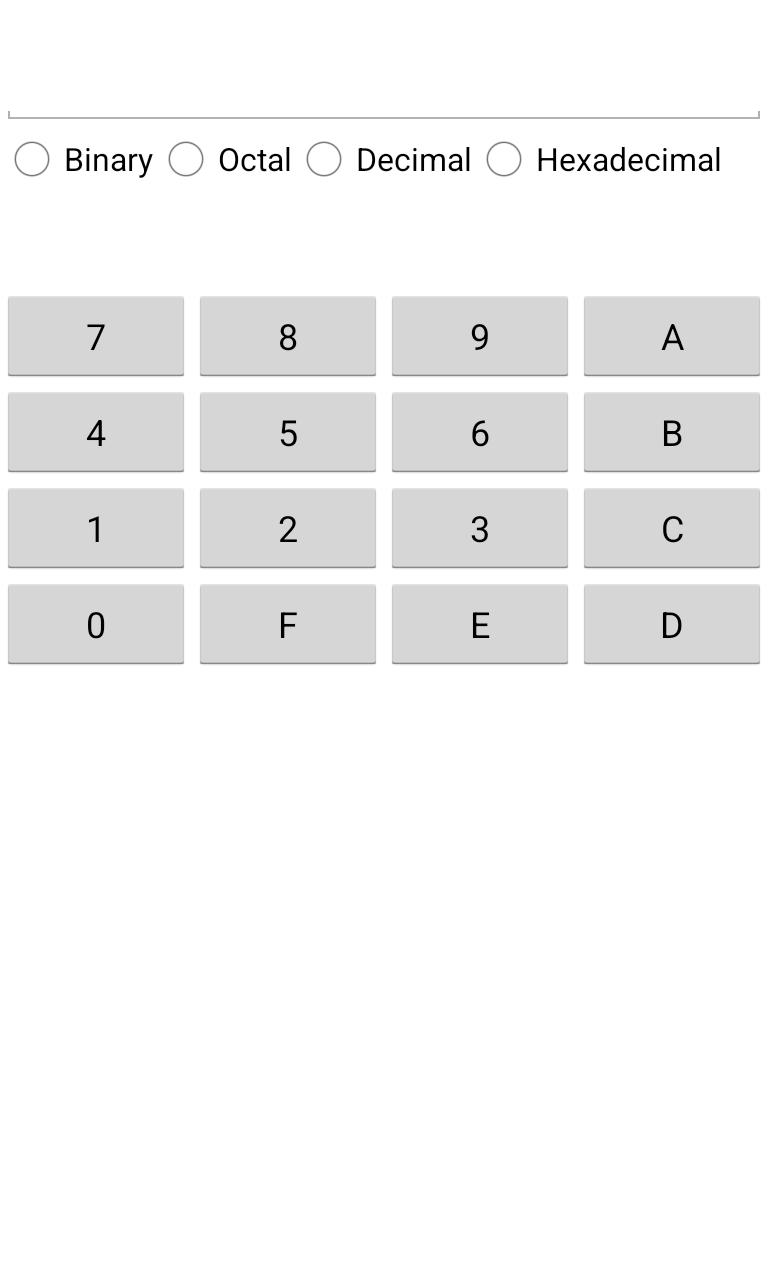
Repository: RamDion/BSIT_Calculator
Layout: CcsCalcu/res/layout/activity_calculator.xml
These files come from the project's save history. The layout is drawn as it stood at one moment and after the next save; the edit follows.
It is drawn on a 768 x 1280 px phone screen (xhdpi) without system bars, with theme AppTheme; the app's code is not run.

Above is the layout before, as saved 2014-09-04 05:30:52.

### CcsCalcu/res/layout/activity_calculator.xml
    <TableLayout
        xmlns:android="http://schemas.android.com/apk/res/android"
    	xmlns:tools="http://schemas.android.com/tools"
        android:layout_width="fill_parent"
        android:layout_height="fill_parent"
        android:layout_alignParentLeft="true"
        android:layout_alignParentTop="true"
        android:layout_alignParentRight="true"
        android:layout_alignParentBottom="true"
    tools:context="com.example.android_calc.MainActivity">

        <TableRow
            android:id="@+id/tableRow1"
            android:layout_width="fill_parent"
            android:layout_height="wrap_content"
             >

            <EditText
                android:id="@+id/calc_screen"
                android:layout_weight="1"
                android:layout_width="0dip"
                android:layout_height="wrap_content"
                android:textSize="36sp"
                android:inputType="none" >

            </EditText>

        </TableRow>

        <TableRow
            android:id="@+id/tableRow10"
            android:layout_width="fill_parent"
            android:layout_height="wrap_content"
             >
<RadioButton
             android:id="@+id/radioButton1"
             android:layout_width="wrap_content"
             android:layout_height="wrap_content"
             android:text="@string/binary" />

<RadioButton
             android:id="@+id/radioButton2"
             android:layout_width="wrap_content"
             android:layout_height="wrap_content"
             android:text="@string/octal" />
<RadioButton
             android:id="@+id/radioButton3"
             android:layout_width="wrap_content"
             android:layout_height="wrap_content"
             android:text="@string/decimal" />
<RadioButton
             android:id="@+id/radioButton4"
             android:layout_width="wrap_content"
             android:layout_height="wrap_content"
             android:text="@string/hexa" />

        </TableRow>

        <TableRow>
             <TextView
                android:id="@+id/result"
                android:layout_weight="1"
                android:layout_width="0dip"
                android:layout_height="wrap_content"
                android:textSize="36sp"
                android:inputType="none" >

            </TextView>
        </TableRow>



        <TableRow
            android:id="@+id/tableRow2"
            android:layout_width="fill_parent"
            android:layout_height="wrap_content" >

            <Button
                android:id="@+id/seven"
                android:layout_width="0dip"
                android:layout_weight="0.25"
                android:layout_height="wrap_content"
                android:text="@string/seven" />

            <Button
                android:id="@+id/eight"
                android:layout_width="0dip"
                android:layout_weight="0.25"
                android:layout_height="wrap_content"
                android:text="@string/eight" />

            <Button
                android:id="@+id/nine"
                android:layout_width="0dip"
                android:layout_weight="0.25"
                android:layout_height="wrap_content"
                android:text="@string/nine" />

            <Button
                android:id="@+id/a"
                android:layout_width="0dip"
                android:layout_weight="0.25"
                android:layout_height="wrap_content"
                android:text="@string/a" />

        </TableRow>

        <TableRow
            android:id="@+id/tableRow3"
            android:layout_width="fill_parent"
            android:layout_height="wrap_content" >
             <Button
                android:id="@+id/four"
                android:layout_width="0dip"
                android:layout_weight="0.25"
                android:layout_height="wrap_content"
                android:text="@string/four" />

            <Button
                android:id="@+id/five"
                android:layout_width="0dip"
                android:layout_weight="0.25"
                android:layout_height="wrap_content"
                android:text="@string/five" />

            <Button
                android:id="@+id/six"
                android:layout_width="0dip"
                android:layout_weight="0.25"
                android:layout_height="wrap_content"
                android:text="@string/six" />

            <Button
                android:id="@+id/b"
                android:layout_width="0dip"
                android:layout_weight="0.25"
                android:layout_height="wrap_content"
                android:text="@string/b" />


        </TableRow>

        <TableRow
            android:id="@+id/tableRow4"
            android:layout_width="fill_parent"
            android:layout_height="wrap_content" >

            <Button
                android:id="@+id/one"
                android:layout_width="0dip"
                android:layout_weight="0.25"
                android:layout_height="wrap_content"
                android:text="@string/one" />

            <Button
                android:id="@+id/two"
                android:layout_width="0dip"
                android:layout_weight="0.25"
                android:layout_height="wrap_content"
                android:text="@string/two" />

            <Button
                android:id="@+id/three"
                android:layout_width="0dip"
                android:layout_weight="0.25"
                android:layout_height="wrap_content"
                android:text="@string/three" />

            <Button
                android:id="@+id/c"
                android:layout_width="0dip"
                android:layout_weight="0.25"
                android:layout_height="wrap_content"
                android:text="@string/c" />
        </TableRow>

         <TableRow
            android:id="@+id/tableRow5"
            android:layout_width="fill_parent"
            android:layout_height="wrap_content" >

            <Button
                android:id="@+id/zero"
                android:layout_width="0dip"
                android:layout_weight="0.25"
                android:layout_height="wrap_content"
                android:text="@string/zero" />

            <Button
                android:id="@+id/f"
                android:layout_width="0dip"
                android:layout_weight="0.25"
                android:layout_height="wrap_content"
                android:text="@string/f" />

            <Button
                android:id="@+id/e"
                android:layout_width="0dip"
                android:layout_weight="0.25"
                android:layout_height="wrap_content"
                android:text="@string/e" />

            <Button
                android:id="@+id/d"
                android:layout_width="0dip"
                android:layout_weight="0.25"
                android:layout_height="wrap_content"
                android:text="@string/d" />
        </TableRow>



    </TableLayout>

### CcsCalcu/res/values/strings.xml
<?xml version="1.0" encoding="utf-8"?>
<resources>

    <string name="app_name">CcsCalcu</string>
    <string name="action_settings">Settings</string>
    <string name="hello_world">BSIT</string>
    <string name="calcu">Calculator</string>
    <string name="title_activity_calculator">Calculator</string>
    <string name="clr">CLEAR</string>
    <string name="zero">0</string>
    <string name="one">1</string>
    <string name="two">2</string>
    <string name="three">3</string>
    <string name="four">4</string>
    <string name="five">5</string>
    <string name="six">6</string>
    <string name="seven">7</string>
    <string name="eight">8</string>
    <string name="nine">9</string>
    <string name="a">A</string>
    <string name="b">B</string>
    <string name="c">C</string>
    <string name="d">D</string>
    <string name="e">E</string>
    <string name="f">F</string>
    <string name="binary">Binary</string>
    <string name="octal">Octal</string>
    <string name="decimal">Decimal</string>
    <string name="hexa">Hexadecimal</string>
    <string name="title_activity_egapos">EGapos</string>

</resources>

Loaded but not shown: CcsCalcu/res/values/styles.xml (common file); CcsCalcu/res/values-v11/styles.xml (common file); CcsCalcu/res/values-v14/styles.xml (common file)

After the next save:
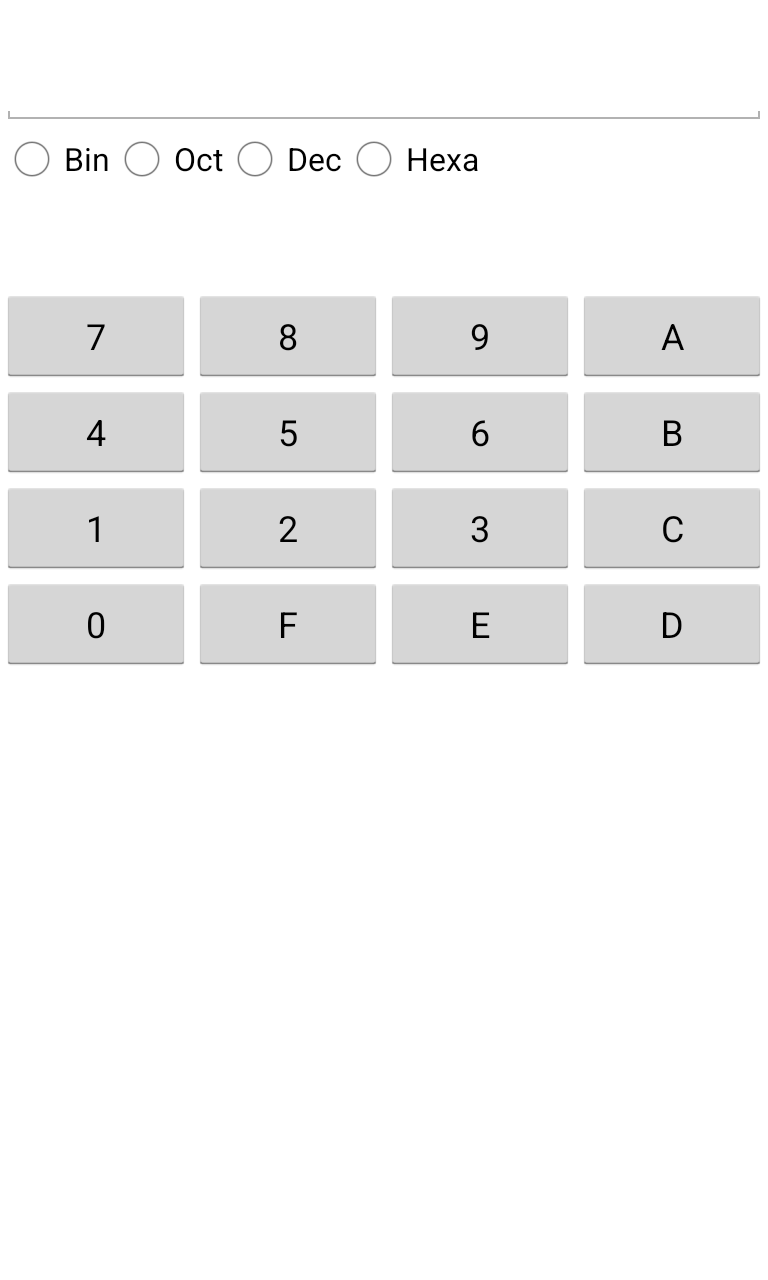
Saved 3 min 10 s later.
--- a/CcsCalcu/res/values/strings.xml
+++ b/CcsCalcu/res/values/strings.xml
@@ -23,10 +23,9 @@
     <string name="d">D</string>
     <string name="e">E</string>
     <string name="f">F</string>
-    <string name="binary">Binary</string>
-    <string name="octal">Octal</string>
-    <string name="decimal">Decimal</string>
-    <string name="hexa">Hexadecimal</string>
-    <string name="title_activity_egapos">EGapos</string>
+    <string name="binary">Bin</string>
+    <string name="octal">Oct</string>
+    <string name="decimal">Dec</string>
+    <string name="hexa">Hexa</string>
 
 </resources>
